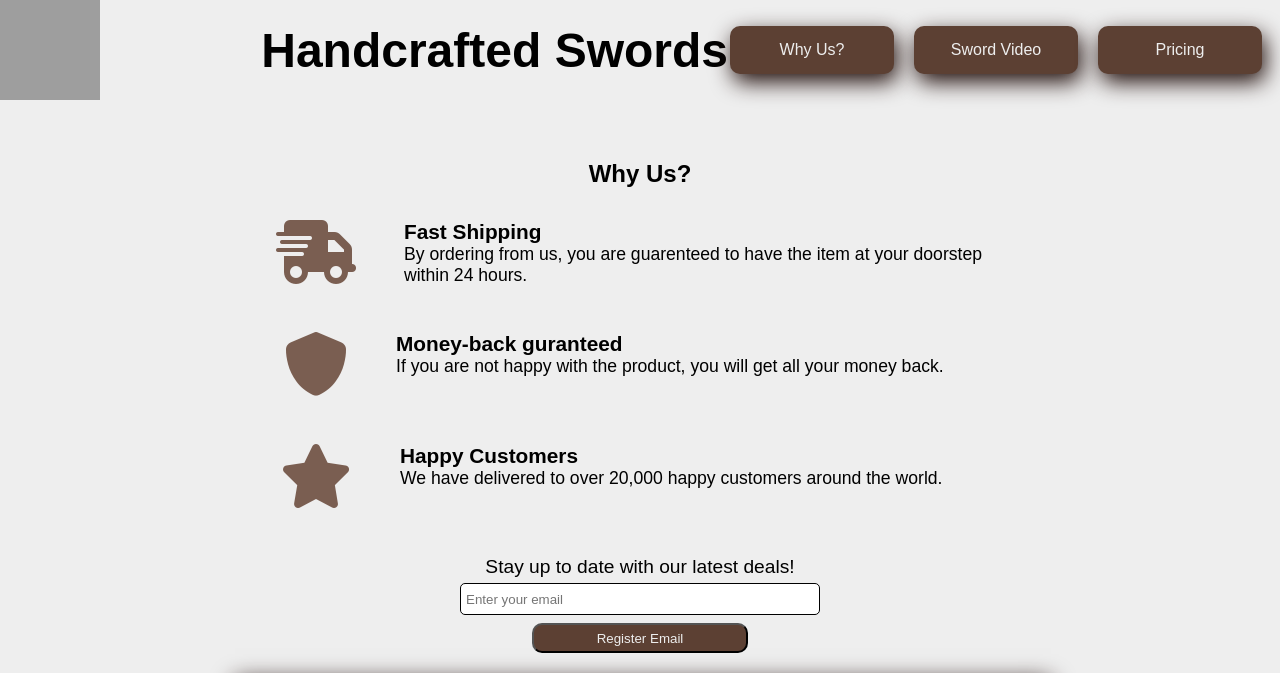
Repository: Pafestivo/Product-Landing-Page
Page: index.html
An editor plug-in stored every save of this project. The page is shown before and after the next save, followed by the edit.
The browser window is 1280 px wide. The pictures show the part of the page from y = 0 to 673 px (the page is 1487 px tall).
Pictures or frames that could not be fetched are drawn as grey boxes. Some web libraries are served in a nearby version.

Above is the page before, as saved 2022-09-16 08:23:49.

### index.html
<!DOCTYPE html>
<html lang="en">
<head>
  <meta charset="UTF-8">
  <meta name="viewport" content="width=device-width, initial-scale=1.0">
  <link rel="stylesheet" href="styles.css">
  <script src="https://kit.fontawesome.com/e2364af56b.js" crossorigin="anonymous"></script>
  <title>Product Landing Page</title>
</head>

<body>
  <header id="header">
    <img
    id="header-img"
    src="https://static.vecteezy.com/system/resources/previews/002/323/268/non_2x/fist-icon-symbol-vector.jpg"
    width="100"
    height="100"
    />

    <h1 id="page-title">Handcrafted Swords</h1>

    <nav id="nav-bar">
      <a class="nav-link hover-effect" href="#why-us">Why Us?</a>
      <a class="nav-link hover-effect" href="#sword-video">Sword Video</a>
      <a class="nav-link hover-effect" href="#pricing">Pricing</a>
    </nav>
  </header>

  <div class="container">
    <main>
      <h2 id="why-us">Why Us?</h2>
      <div class="reason">
      <i class="fa-solid fa-truck-fast fa-4x"></i>
        <div class="reason-text">
          <h3>Fast Shipping</h3>
          <p>By ordering from us, you are guarenteed to have the item at your doorstep within 24 hours.</p>
        </div> <!-- /Reason-text-->
      </div> <!-- /Reason -->

      <div class="reason">
        <i class="fa-solid fa-shield fa-4x"></i>
        <div class="reason-text">
          <h3>Money-back guranteed</h3>
          <p>If you are not happy with the product, you will get all your money back.</p>
        </div> <!-- /Reason-text-->
      </div> <!-- /Reason -->

      <div class="reason">
        <i class="fa-solid fa-star fa-4x"></i>
        <div class="reason-text">
          <h3>Happy Customers</h3>
          <p>We have delivered to over 20,000 happy customers around the world.</p>
        </div> <!-- /Reason-text-->
        </div> <!-- /Reason -->


      <form id="form">
        <label for="email">Stay up to date with our latest deals!</label>
        <div class="input-field">
          <input
          id="email"
          type="email"
          placeholder="Enter your email"
          />
          <input
          class="hover-effect-sm"
          id="submit"
          type="submit"
          value="Register Email"
          action="https://www.freecodecamp.com/email-submit"
          />
        </div>

      </form>

        <!-- Add ?autoplay=1&mute=1  -->
      <iframe
      src="https://www.youtube.com/embed/0qC64jGCxBo"
      title="YouTube video player"
      frameborder="0"
      allow="accelerometer; autoplay; clipboard-write; encrypted-media; gyroscope; picture-in-picture"
      allowfullscreen>
      </iframe>

      <div id="prices">
        <div class="deal">
          <h2>Regular Sword</h2>
          <h3>$300</h3>
          <p>A beginner sword.<br>Can still get the job done.</p>
          <btn class="dealBtn">Select</btn>
        </div><!-- /deal-->

        <div class="deal">
          <h2>Sharp Sword</h2>
          <h3>$450</h3>
          <p>Pretty sharp sword.<br>Not recommended for beginners.</p>
          <btn class="dealBtn">Select</btn>
        </div><!-- /deal-->

        <div class="deal">
          <h2>Super Sharp Sword</h2>
          <h3>$600</h3>
          <p>Super sharp sword.<br>Can cut through anything with ease.</p>
          <btn class="dealBtn">Select</btn>
        </div><!-- /deal-->
      </div><!-- /Prices -->
  </div><!-- /Container-->
  </main>
</body>
</html>

### styles.css
* {
  margin: 0;
  padding: 0;
}

html {
  box-sizing: border-box;
}

body {
  font-family: sans-serif;
  background-color: #eee;
  overflow-x: hidden;
}

/* header */
#nav-bar a {
  text-decoration: none;
  color: #eee;
  background-color: #5C4033;
  margin: 4px 2px;
  padding: 15px 32px;
  width: 100px;
  text-align: center;
  border-radius: 10px;
  transition: 0.5s;
  box-shadow: 3px 8px 22px rgb(32, 14, 11);
}

.hover-effect:hover {
  transform: scale(1.1);
}

.hover-effect-sm:hover {
  border: solid 3px #000;
}

header {
  display: grid;
  grid-template-columns: 1fr auto 1fr;
  align-items: center;
  position: fixed;
  width: 100%;
  background-color: #eee;
}

header h1 {
    font-size: 3em;
}

#nav-bar {
  display: flex;
  gap: 1rem;
  padding-right: 1rem;
  justify-self: end;
}
/* End of header */

/* Main  */
main {
  text-align: center;
}

/* Why us */
#why-us {
  padding: 10rem 0 2rem 0;
}

.reason {
  display: flex;
  justify-content: center;
}

.reason h3 {
  text-align: left;
  font-size: 1.3rem;
}

.reason p {
  width: 600px;
  font-size: 1.1rem;
  text-align: left;
}

.fa-solid {
  color: rgb(122, 94, 81);
  padding: 0 3rem 3rem 0;
}
/* End of why us */

/* Email form */
form {
  display: grid;
  max-width: 600px;
  margin: 0 auto;
  row-gap: 5px;
}

.input-field {
  display: flex;
  margin: 0 auto;
  flex-wrap: wrap;
  row-gap: 8px;
  width: 60%;
  justify-content: center;
}

label {
  font-size: 1.2rem;
}

#email {
  height: 30px;
  width: 100%;
  border-radius: 5px;
  border: solid 1px #000;
}

#email::placeholder {
  padding-left: 5px
}

#submit {
  width: 60%;
  height: 30px;
  justify-self: start;
  background-color: #5C4033;
  color: #eee;
  cursor: pointer;
  transition: 0.1s;
  border-radius: 10px;
}
/* End of email form */

/* Video area */
iframe {
  margin-top: 20px;
  width: 800px;
  height: 450px;
  border: solid 8px rgb(142, 104, 91);
  box-shadow: 3px 8px 22px rgb(32, 14, 11);
}
/* End of video area */
/* Start of prices */
#prices {
  display: grid;
  max-width: 1000px;
  grid-template-columns: 1fr 1fr 1fr;
  gap: 20px;
  margin: 0 auto;
  margin-top: 40px;
}

.deal {
  display: grid;
  width: 300px;
  border: solid 2px #000;
  height: 300px;
  justify-self: center;
}

.deal h2 {
  display: flex;
  align-content: center;
  justify-content: center;
  flex-direction: column;
  font-size: 1.3rem;
  background-color: rgb(160, 160, 160);
  height: 60px;
}

.deal h3 {
  padding: 13px 0 13px 0;
  font-size: 2rem;
  font-style: italic;
}

.deal p {
  max-width: 70%;
  text-align: center;
  justify-self: center;
}
/* End of prices */

/* End of main */

/* Media Queries */
@media only screen and (max-width: 1000px) {
  header {
    grid-template-columns: 1fr;
    place-items: center;
    position: static;
  }

  #nav-bar {
    justify-self: center;
  }

  .reason p {
    max-width: 75vw;
  }

  iframe {
    width: 80vw;
    height: 45vw;
  }

  #submit {
    width: 300px;
    height: 50px;
    font-size: 1.9rem;
  }
}

@media only screen and (max-width: 600px) {
  #nav-bar {
    display: grid;
    grid-template-columns: 1fr;
    justify-content: center;
    margin-top: 1rem;
  }

  #nav-bar a {
    width: 70vw;
    transition: 0;
    margin-top: 1rem;
  }

  .hover-effect:hover {
    transform: none;
  }

  #why-us {
    padding: 4rem 0 1rem 0;
  }

  .reason p {
    width: 50vw;
  }
}
/* End of media queries */

After the next save:
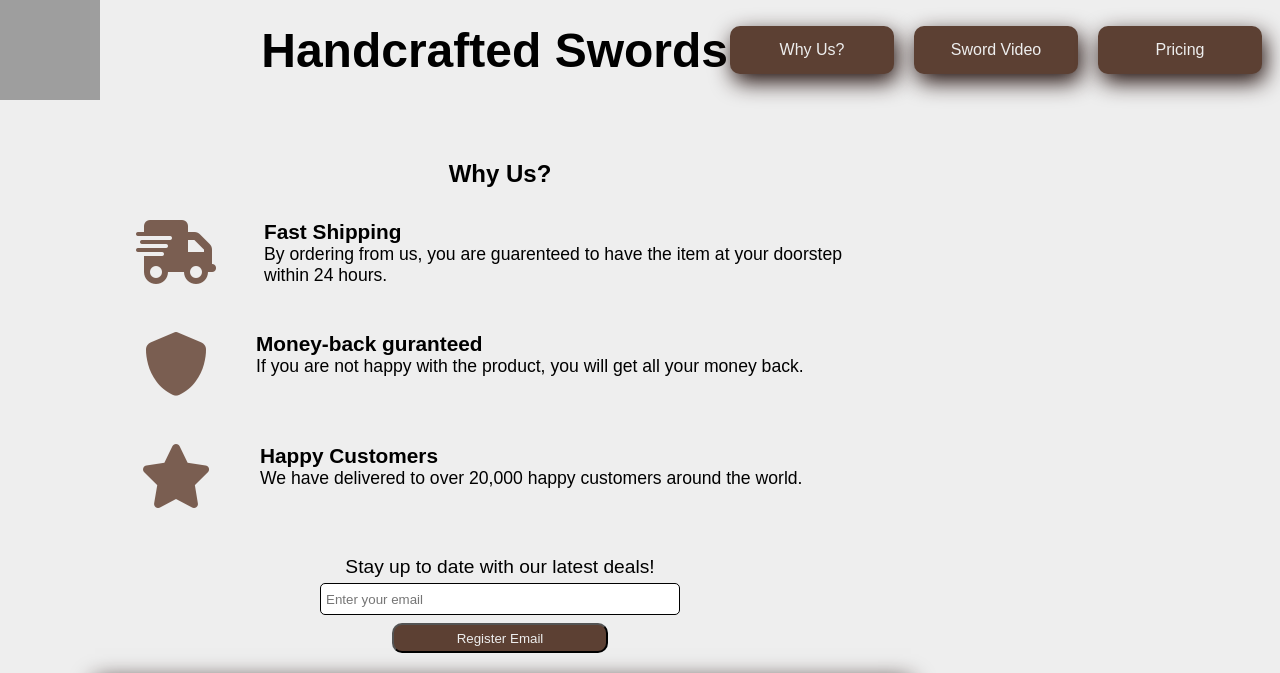
Saved 12 s later.
--- a/styles.css
+++ b/styles.css
@@ -57,6 +57,10 @@
 /* End of header */
 
 /* Main  */
+.container {
+  width: 1000px;
+}
+
 main {
   text-align: center;
 }

After the save that followed:
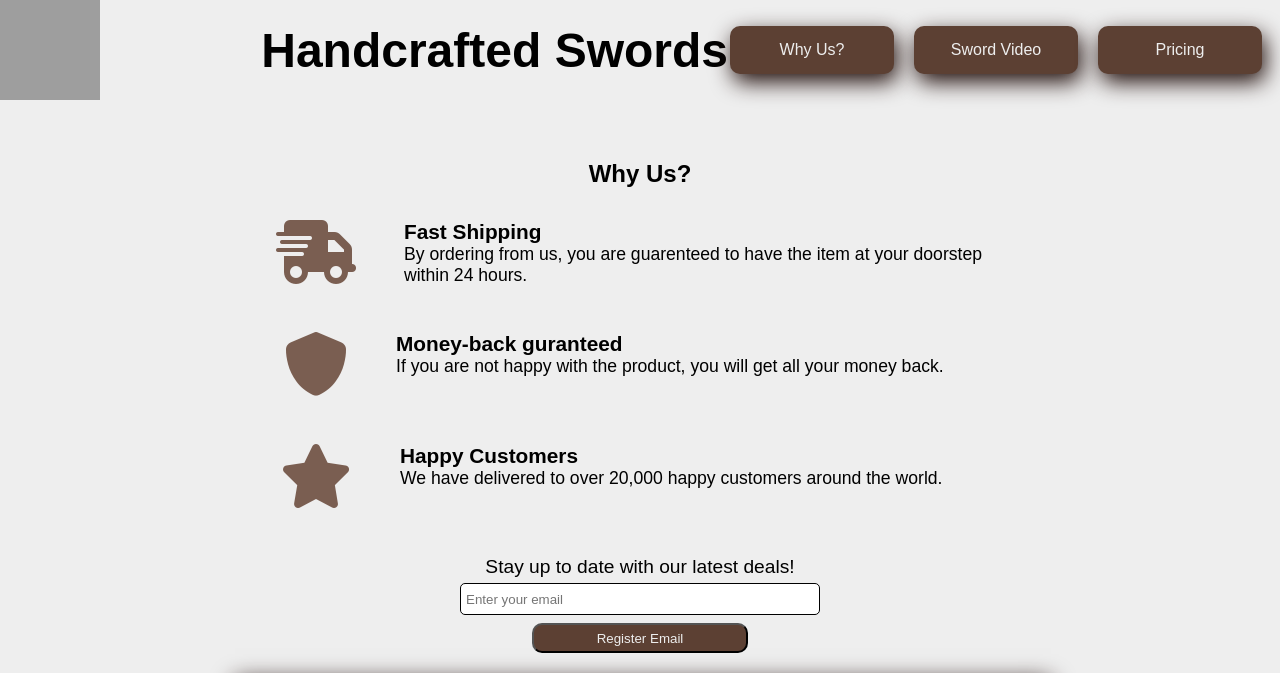
Saved 18 s later.
--- a/styles.css
+++ b/styles.css
@@ -59,6 +59,7 @@
 /* Main  */
 .container {
   width: 1000px;
+  margin: 0 auto;
 }
 
 main {
